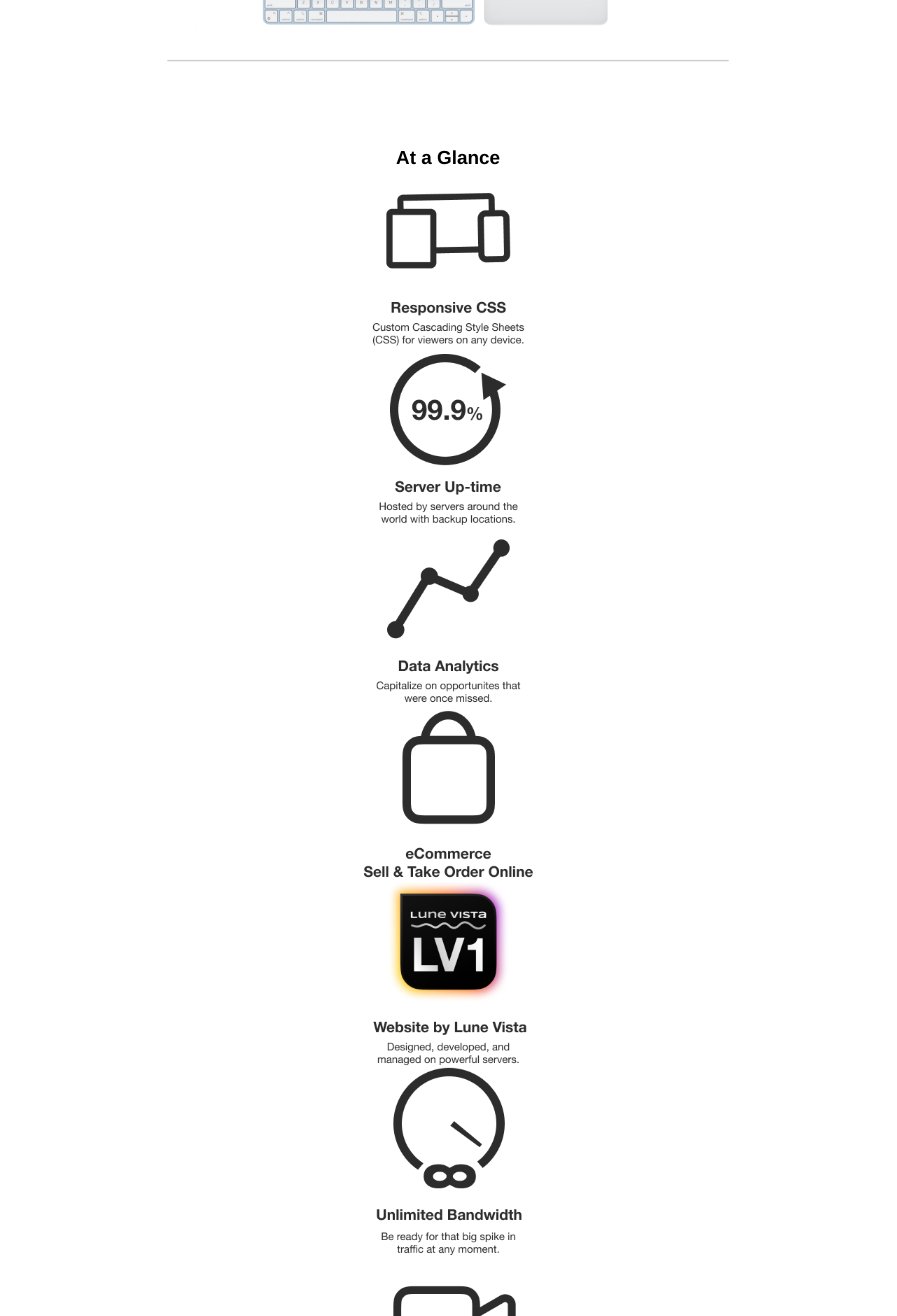
Repository: yoItsTyler/templates
Page: /specs
These files come from the project's save history. The page is drawn as it stood at one moment and after a run of saves; the edit follows.
The browser window is 1280 px wide. The page is 1282 px wide, so the pictures cover 1282 px, including what lies to the right of the window. The pictures show the part of the page from y = 531 to 2411 px (the page is 2911 px tall before and 1504 px after), at 70% of full size.
Some web fonts or font styles are not loaded; a fallback is used. The project was rebuilt for these pictures with package versions that can differ from the ones it lists, and the page was loaded fresh each time. Also part of the build but not shown: src/components/Home/styles.module.css, src/components/Navbar/styles.module.css, src/components/Navbar/Navbar.js, src/components/NavbarMobile/styles.module.css, src/components/NavbarMobile/NavbarMobile.js, src/components/Home/Home.js, src/components/Web/styles.module.css, src/components/Web/Web.js.

Above is the page before, as saved 2022-11-16 16:53:02.

After the next 2 saves:
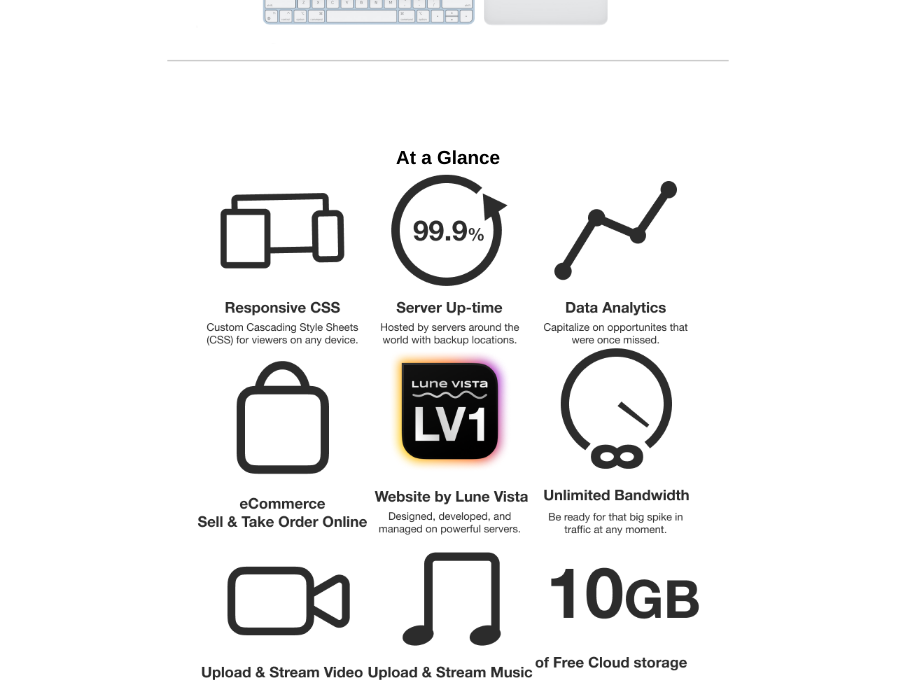
The 2 saves are shown as one change because they came seconds apart.
The last was saved 7 s later.
--- a/src/components/Specs/styles.module.css
+++ b/src/components/Specs/styles.module.css
@@ -55,7 +55,7 @@
     width: 800px;
     max-width: 96%;
     display: grid;
-    grid-template-columns: auto;
+    grid-template-columns: auto auto auto ;
     columns: 3;
     align-items: center;
     align-content: center;

After the 2 saves that followed:
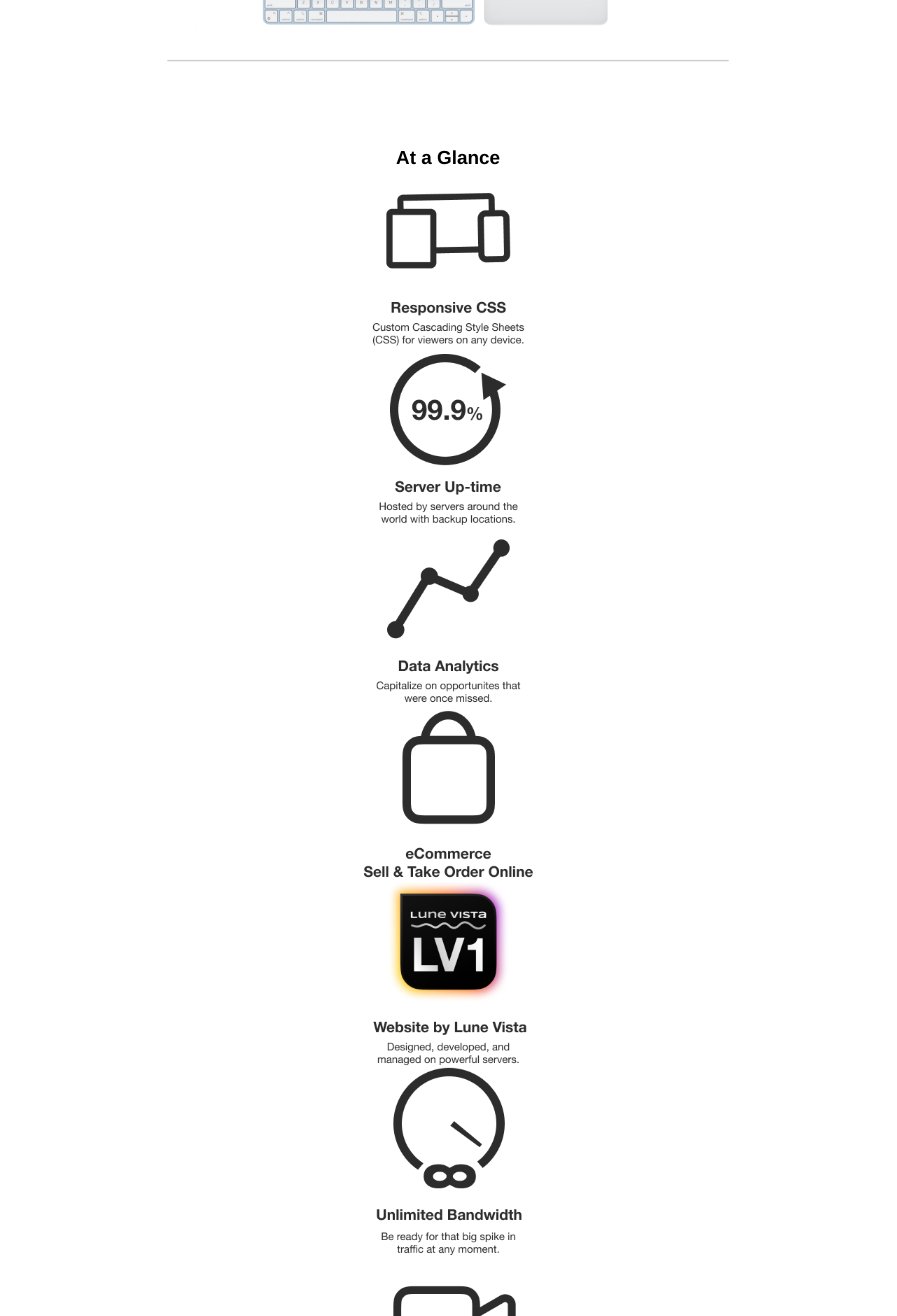
The 2 saves are shown as one change because 1 left the picture as it was.
The last was saved 9 min 5 s later.
--- a/src/components/Specs/styles.module.css
+++ b/src/components/Specs/styles.module.css
@@ -55,7 +55,7 @@
     width: 800px;
     max-width: 96%;
     display: grid;
-    grid-template-columns: auto auto auto ;
+    grid-template-columns: (3, 1fr);
     columns: 3;
     align-items: center;
     align-content: center;
